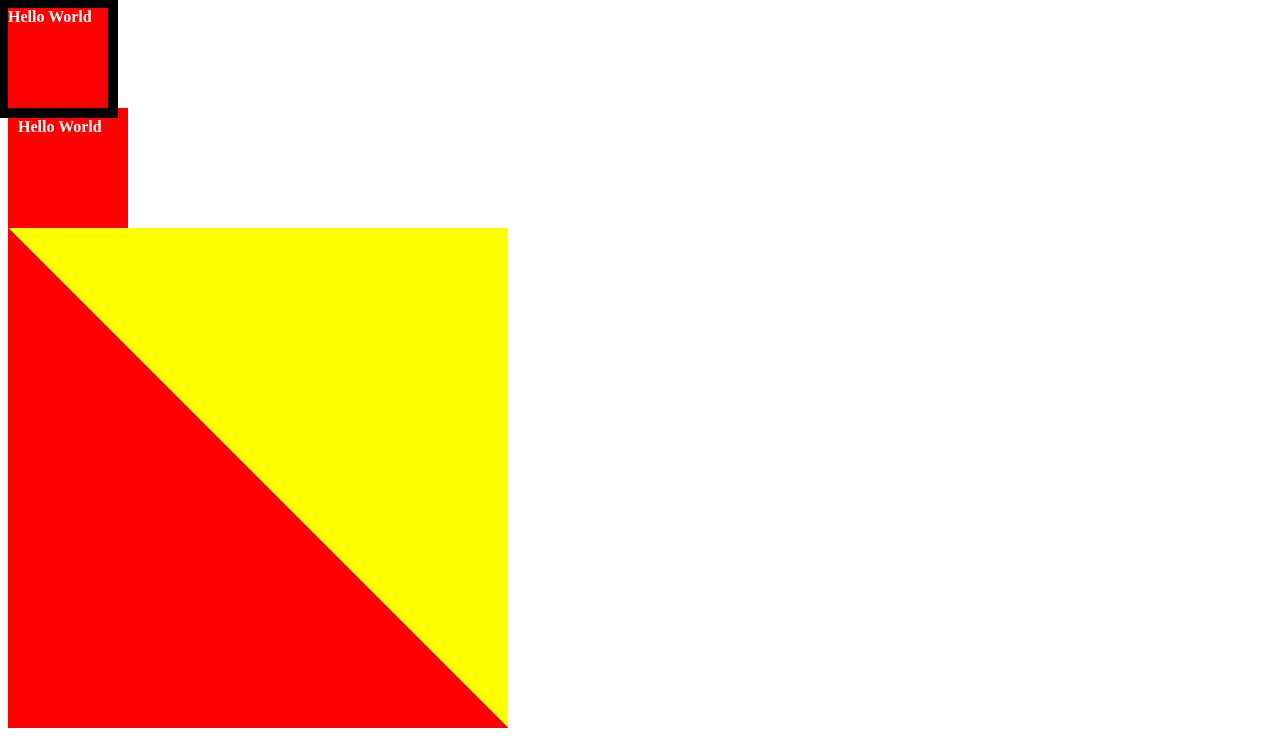
Repository: herjuandlonely/github.io
Page: test.html
An editor plug-in stored every save of this project. The page is shown before and after the next save, followed by the edit.
The browser window is 1280 px wide. The pictures show the whole page.

Above is the page before, as saved 2022-07-01 23:45:48.

After the next save:
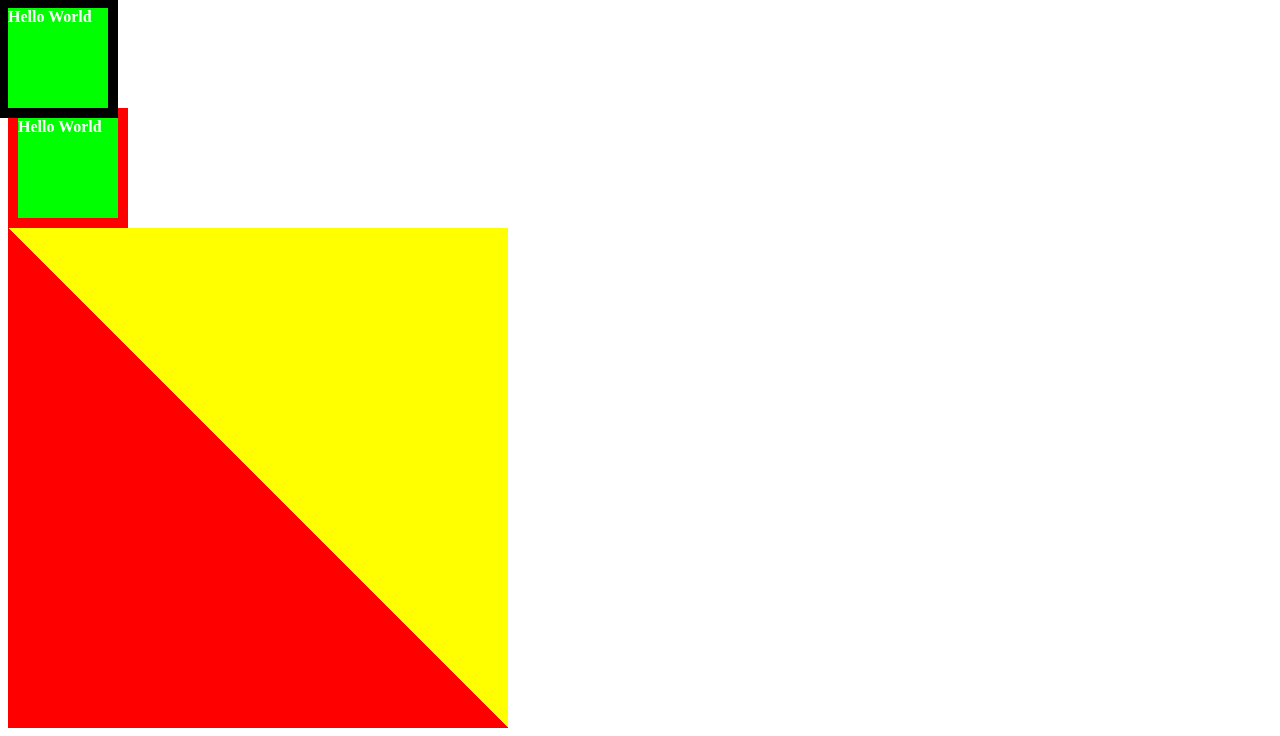
Saved 3 min 37 s later.
--- a/test.html
+++ b/test.html
@@ -11,7 +11,7 @@
             width: 100px;
             color: white;
             font-weight: bold;
-            background-color: red;
+            background-color: #00ff00;
             outline: black solid 10px;
         }
         .test2{
@@ -19,7 +19,7 @@
             width: 100px;
             color: white;
             font-weight: bold;
-            background-color: red;
+            background-color: #0f0;
             border: red solid 10px;
         }
         .test3{
